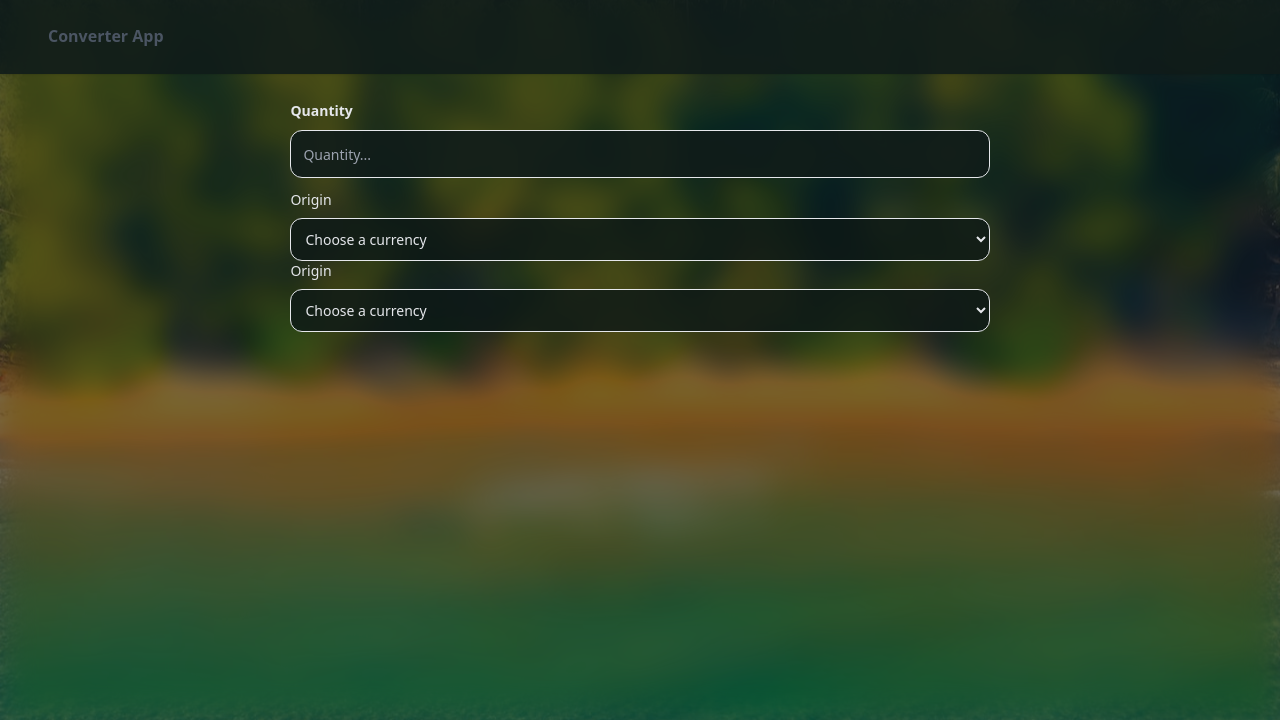
Repository: mikelCabezas/angular-exercices
Page: / (app in converter/)
These files come from the project's save history. The page is drawn as it stood at one moment and after the next save; the edit follows.
The browser window is 1280 px wide. The pictures show the whole page.
The project was rebuilt for these pictures with package versions that can differ from the ones it lists, and the page was loaded fresh each time. Also part of the build but not shown: converter/angular.json.

Above is the page before, as saved 2023-09-15 18:29:43.

After the next save:
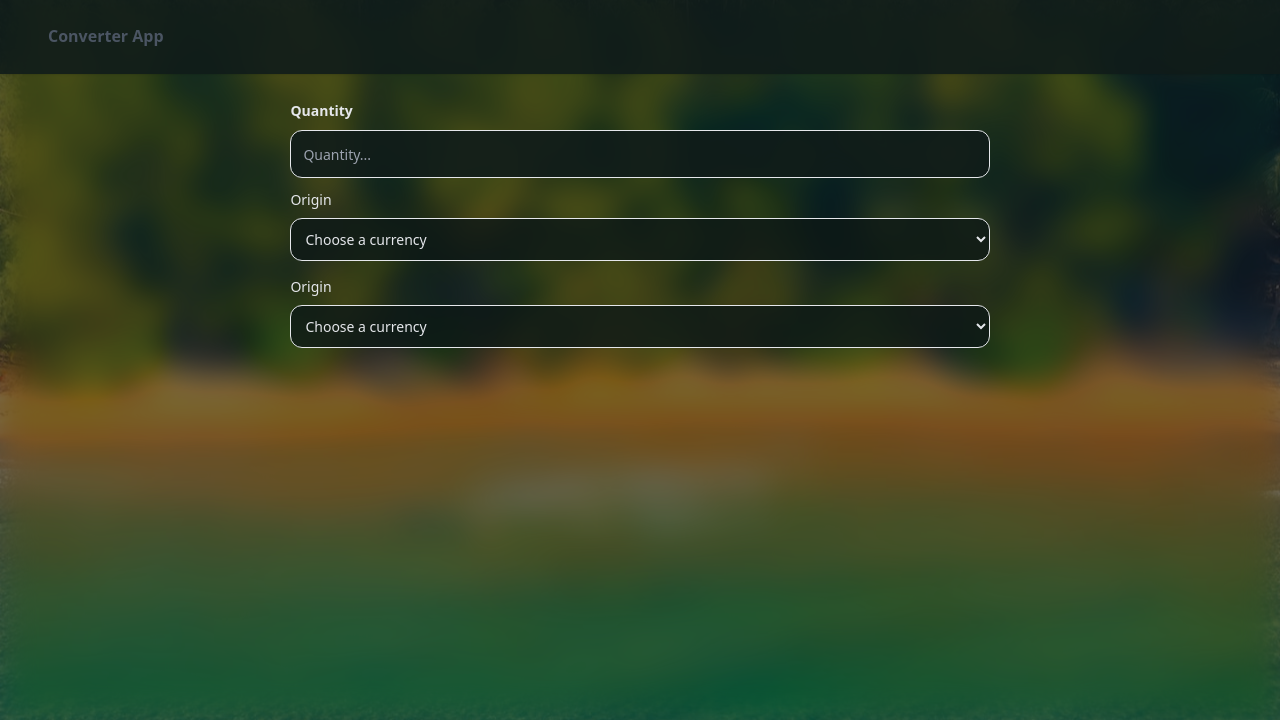
Saved 9 s later.
--- a/converter/src/app/components/converter/converter.component.html
+++ b/converter/src/app/components/converter/converter.component.html
@@ -6,7 +6,7 @@
                 <input type="number" placeholder="Quantity..." class="mt-2 flex h-12 w-full items-center justify-center rounded-xl border bg-[rgba(16,28,26,0.9)] p-3 text-sm outline-none border-gray-200">
             </div>
         </div>
-        <div class="col px-5">
+        <div class="col px-5 mb-4">
             <label for="currency" class="block mb-2 text-sm font-medium text-gray-200">Origin</label>
             <select id="currency" placeholder="Choose a currency" class="text-sm rounded-xl block w-full p-2.5 bg-[rgba(13,24,23,0.8)] border-gray-200 border-[1px] placeholder-gray-200 text-gray-200 focus:white">
                 <option selected>Choose a currency</option>
